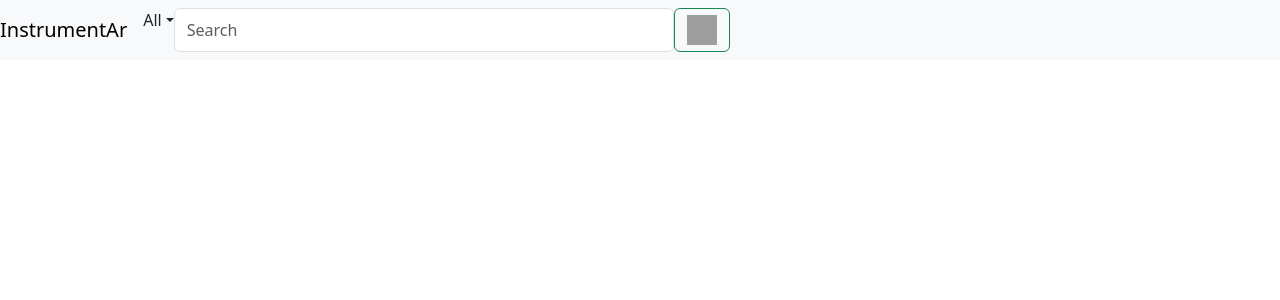
Repository: Meinuel/InstrumentAr
Page: /
These files come from the project's save history. The page is drawn as it stood at one moment and after the next save; the edit follows.
The browser window is 1280 px wide. The pictures show the whole page.
Pictures or frames that could not be fetched are drawn as grey boxes. The project was rebuilt for these pictures with package versions that can differ from the ones it lists, and the page was loaded fresh each time.

Above is the page before, as saved 2021-09-13 21:10:16.

### src/index.js
import React from 'react';
import ReactDOM from 'react-dom';
import './index.css';
import App from './App';
import reportWebVitals from './reportWebVitals';

ReactDOM.render(
    <React.StrictMode >
        <App />
    </React.StrictMode>,
    document.getElementById('root')
);

// If you want to start measuring performance in your app, pass a function
// to log results (for example: reportWebVitals(console.log))
// or send to an analytics endpoint. Learn more: https://bit.ly/CRA-vitals
reportWebVitals();

### src/App.js
import MyNavBar from './components/NavBar/NavBar.js';
import './App.css';

function App() {
    return (
    <div className = "App" >
        <header>
            <MyNavBar />
        </header>
    </div>
    );
}

export default App;

### src/components/NavBar/NavBar.js
import 'bootstrap/dist/css/bootstrap.min.css';
import Navbar from 'react-bootstrap/Navbar';
import './NavBar.css'
// import Nav from 'react-bootstrap/Nav';
// import Container from 'react-bootstrap/Container';
import Form from 'react-bootstrap/Form';
import FormControl from 'react-bootstrap/FormControl';
import Button from 'react-bootstrap/Button';
import NavDropdown from 'react-bootstrap/NavDropdown';
const MyNavBar = () => {
    return (
        <Navbar bg="light" variant="light">
            <Navbar.Brand href="#home">InstrumentAr</Navbar.Brand>
            <Form className="d-flex">
                <NavDropdown title="All" id="navbarScrollingDropdown">
                    <NavDropdown.Item href="#action3">Guitars</NavDropdown.Item>
                    <NavDropdown.Item href="#action4">Drums</NavDropdown.Item>
                    {/* <NavDropdown.Divider /> */}
                    <NavDropdown.Item href="#action5">Brass</NavDropdown.Item>
                </NavDropdown>
                    <FormControl
                        type="search"
                        placeholder="Search"
                        className="inputSearch"
                        aria-label="Search"
                    />
                    <Button variant="outline-success"><img className = "imgLupa" src="https://image.flaticon.com/icons/png/512/64/64673.png" alt="lupa" /></Button>
            </Form>
        </Navbar>
    );
}

export default MyNavBar;

### src/components/NavBar/NavBar.css
.inputSearch {
    width: 500px;
}

.imgLupa {
    width: 30px;
    height: 30px;
}

Loaded but not shown: public/index.html (common file); src/index.css (common file); src/reportWebVitals.js (common file); src/App.css (common file)

After the next save:
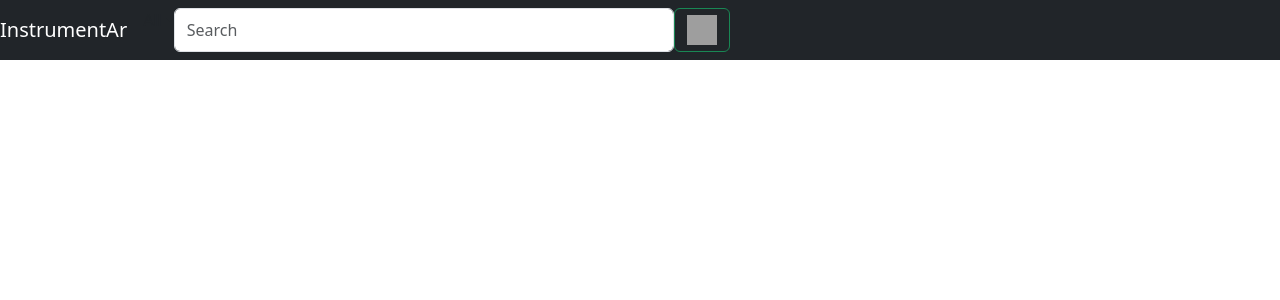
Saved 93 s later.
--- a/src/components/NavBar/NavBar.js
+++ b/src/components/NavBar/NavBar.js
@@ -9,13 +9,12 @@
 import NavDropdown from 'react-bootstrap/NavDropdown';
 const MyNavBar = () => {
     return (
-        <Navbar bg="light" variant="light">
+        <Navbar bg="dark" variant="dark">
             <Navbar.Brand href="#home">InstrumentAr</Navbar.Brand>
             <Form className="d-flex">
                 <NavDropdown title="All" id="navbarScrollingDropdown">
                     <NavDropdown.Item href="#action3">Guitars</NavDropdown.Item>
                     <NavDropdown.Item href="#action4">Drums</NavDropdown.Item>
-                    {/* <NavDropdown.Divider /> */}
                     <NavDropdown.Item href="#action5">Brass</NavDropdown.Item>
                 </NavDropdown>
                     <FormControl
